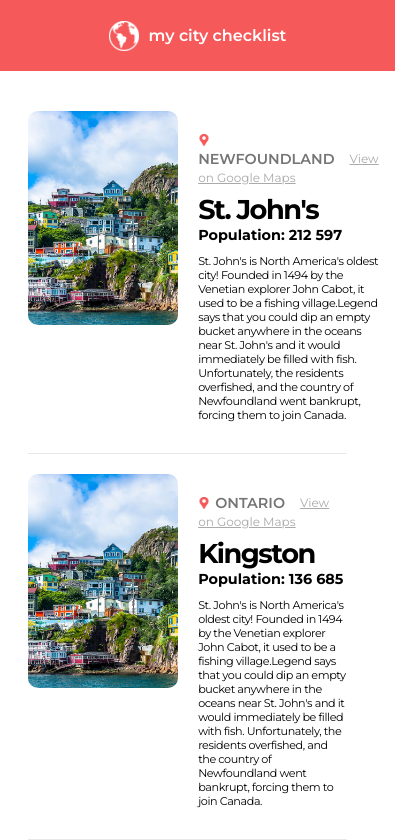
Repository: jsong552/my-city-checklist
Page: /
These files come from the project's save history. The page is drawn as it stood at one moment and after the next save; the edit follows.
The browser window is 375 px wide. The page is 395 px wide, so the pictures cover 395 px, including what lies to the right of the window. The pictures show the whole page.
The project was rebuilt for these pictures with package versions that can differ from the ones it lists, and the page was loaded fresh each time. Imported but missing from the stored project, and not drawn on this page: src/reportWebVitals.

Above is the page before, as saved 2023-12-29 20:38:16.

### public/index.html
<!DOCTYPE html>
<html lang="en">
  <head>
    <meta charset="utf-8" />
    <link rel="preconnect" href="https://fonts.googleapis.com">
    <link rel="preconnect" href="https://fonts.gstatic.com" crossorigin>
    <link href="https://fonts.googleapis.com/css2?family=Inter:wght@400;600;700&family=Montserrat:wght@200;300;400;500;600;700&display=swap" rel="stylesheet">
    <link rel="icon" href="%PUBLIC_URL%/favicon.ico" />
    <meta name="viewport" content="width=device-width, initial-scale=1" />
    <meta name="theme-color" content="#000000" />
    <meta
      name="description"
      content="Web site created using create-react-app"
    />
    <link rel="apple-touch-icon" href="%PUBLIC_URL%/logo192.png" />
    <!--
      manifest.json provides metadata used when your web app is installed on a
      user's mobile device or desktop. See https://developers.google.com/web/fundamentals/web-app-manifest/
    -->
    <link rel="manifest" href="%PUBLIC_URL%/manifest.json" />
    <!--
      Notice the use of %PUBLIC_URL% in the tags above.
      It will be replaced with the URL of the `public` folder during the build.
      Only files inside the `public` folder can be referenced from the HTML.

      Unlike "/favicon.ico" or "favicon.ico", "%PUBLIC_URL%/favicon.ico" will
      work correctly both with client-side routing and a non-root public URL.
      Learn how to configure a non-root public URL by running `npm run build`.
    -->
    <title>React App</title>
  </head>
  <body>
    <noscript>You need to enable JavaScript to run this app.</noscript>
    <div id="root"></div>
    <!--
      This HTML file is a template.
      If you open it directly in the browser, you will see an empty page.

      You can add webfonts, meta tags, or analytics to this file.
      The build step will place the bundled scripts into the <body> tag.

      To begin the development, run `npm start` or `yarn start`.
      To create a production bundle, use `npm run build` or `yarn build`.
    -->
  </body>
</html>

### src/index.css
body {
    margin: 0px;
}

.navbar {
    display: flex;
    width: 100%;
    align-items: center;
    padding: 10px;
    justify-content: center;
    background-color: #F6595A;
    flex: 1;
}

.navbar img {
    width: 30px;
    margin-right: 10px;
}

.navbar p {
    color: white;
    font-family: Montserrat;
    font-weight: 600;
}

/* card styles */

.cardsContainer {
    margin-top: 20px;
}

.card {
    margin: auto;
    padding-top: 20px;
    padding-bottom: 20px;
    border-bottom: 1px solid #bbbbbb55;
    display: flex;
    font-family: Montserrat;
    width: 70%;
}

.imageOfLocation {
    height: 250px;
    width: 175px;
    border-radius: 10px;
    object-fit: cover;
}

.cardInfo {
    margin-left: 20px;
    padding-top: 20px;
    width: 100%;
}

.locationMarker {
    width: 12px;
    margin-right: 5px;
}

.cardLocation * {
    display: inline;
}

.cardLocation h4 {
    font-weight: 600;
    font-size: 0.9rem;
    position: relative;
    bottom: 1px;
    text-transform: uppercase;
    color: #757575;
}

.cardLocation a {
    font-size: 0.75rem;
    position: relative;
    bottom: 2px;
    color: #aaaaaa;
    margin-left: 15px;
}

.cardInfo h1 {
    margin-top: 5px;
    letter-spacing: -1.5px;
}

.cardInfo h3 {
    font-size: 0.9rem;
    margin-bottom: 10px;
}

.cardInfo p {
    margin-top: 0px;
    font-size: 0.8rem;
    letter-spacing: -0.4px;
}

@media (max-width: 768px) {
    .imageOfLocation {
        height: 250px;
        width: 175px;
    }

    .card {
        width: 85%;
    }

    .cardInfo p {
        font-size: 0.7rem;
        letter-spacing: -0.4px;
    }
}

@media (max-width: 580px) {
    .imageOfLocation {
        height: 214px;
        width: 150px;
    }

    .card {
        width: 85%;
    }

    .cardInfo p {
        font-size: 0.7rem;
        letter-spacing: -0.4px;
    }

    .cardInfo h1 {
        font-size: 1.7rem;
        margin-bottom: 0px;
    }

    .cardInfo h3 {
        margin-top: 0px;
        font-size: 0.9rem;
        margin-bottom: 10px;
    }
}

### src/App.js
import React from "react";
import Navbar from "./components/Navbar.js";
import Card from "./components/Card.js";
import data from "./data/cardData.js"

let allCards = data.map((data) => {
    return <Card
                key={data.id}
                info={data}
            />
    }
)

export default function App() {
    return (
        <div className="container">
            <Navbar />
            <div className="cardsContainer">
                {allCards}
            </div>
        </div>
    )
}

### src/components/Navbar.js
import React from "react";

export default function Navbar() {
    return (
        <nav className="navbar">
            <img src={require('../images/logo.png')} alt="logo"/>
            <p>my city checklist</p>
        </nav>
    )
}

### src/components/Card.js
import React from "react";

export default function Card(props) {
    return (
        <div className="card">
            <img className="imageOfLocation" src={require('../images/stjohns.jpg')} alt="St. Johns Downtown" />
            <div className="cardInfo">
                <span className="cardLocation">
                    <img className="locationMarker" src={require('../images/location-marker.png')} />
                    <h4>{props.info.province}</h4>
                    <a href={props.info.link}>View on Google Maps</a>
                </span>
                <h1>{props.info.city}</h1>
                <h3>Population: {props.info.population}</h3><p>{props.info.desc}
                </p>
            </div>
        </div>
    )
}

### src/data/cardData.js
export default [
    {
        id: 1,
        province: "newfoundland",
        image: "../images/stjohns.jpg",
        city: "St. John's",
        population: "212 597",
        desc: "St. John's is North America's oldest city! Founded in 1494 by the Venetian explorer John Cabot, it used to be a fishing village.Legend says that you could dip an empty bucket anywhere in the oceans near St. John's and it would immediately be filled with fish. Unfortunately, the residents overfished, and the country of Newfoundland went bankrupt, forcing them to join Canada.",
        link: "https://www.google.com/maps/place/St.+John's,+NL/@47.4825126,-52.9947887,11z/data=!3m1!4b1!4m6!3m5!1s0x4b0ca38e6b0aa261:0x9e1fd4001f12261f!8m2!3d47.5556097!4d-52.7452511!16zL20vMGo4cDY?hl=en&entry=ttu",
    },
    {
        id: 2,
        province: "Ontario",
        city: "Kingston",
        image: "../images/stjohns.jpg",
        population: "136 685",
        desc: "St. John's is North America's oldest city! Founded in 1494 by the Venetian explorer John Cabot, it used to be a fishing village.Legend says that you could dip an empty bucket anywhere in the oceans near St. John's and it would immediately be filled with fish. Unfortunately, the residents overfished, and the country of Newfoundland went bankrupt, forcing them to join Canada.",
        link: "https://www.google.com/maps/place/St.+John's,+NL/@47.4825126,-52.9947887,11z/data=!3m1!4b1!4m6!3m5!1s0x4b0ca38e6b0aa261:0x9e1fd4001f12261f!8m2!3d47.5556097!4d-52.7452511!16zL20vMGo4cDY?hl=en&entry=ttu",
    },
]

Loaded but not shown: src/index.js (common file)

After the next save:
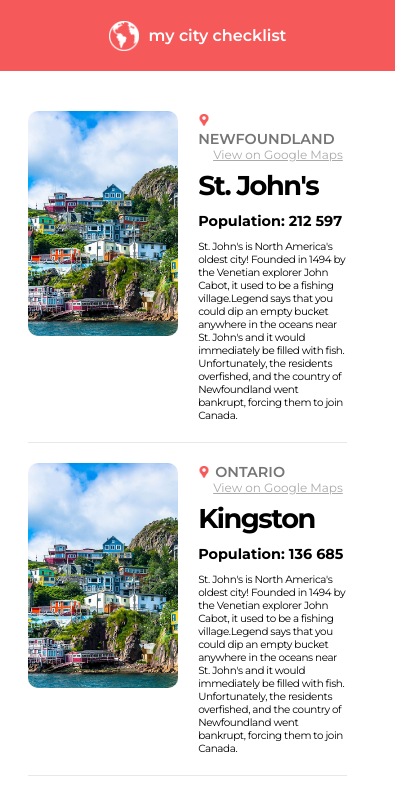
Saved 5 min 5 s later.
--- a/src/index.css
+++ b/src/index.css
@@ -112,7 +112,7 @@ body {
 
 @media (max-width: 580px) {
     .imageOfLocation {
-        height: 214px;
+        height: 225px;
         width: 150px;
     }
 
@@ -120,9 +120,14 @@ body {
         width: 85%;
     }
 
+    .cardInfo {
+        padding-top: 0px
+    }
+
     .cardInfo p {
-        font-size: 0.7rem;
+        font-size: 0.65rem;
         letter-spacing: -0.4px;
+        margin-bottom: 0px;
     }
 
     .cardInfo h1 {
@@ -131,8 +136,12 @@ body {
     }
 
     .cardInfo h3 {
-        margin-top: 0px;
+        margin-top: 10px;
         font-size: 0.9rem;
         margin-bottom: 10px;
     }
+
+    .cardInfo a {
+        display: block;
+    }
 }
